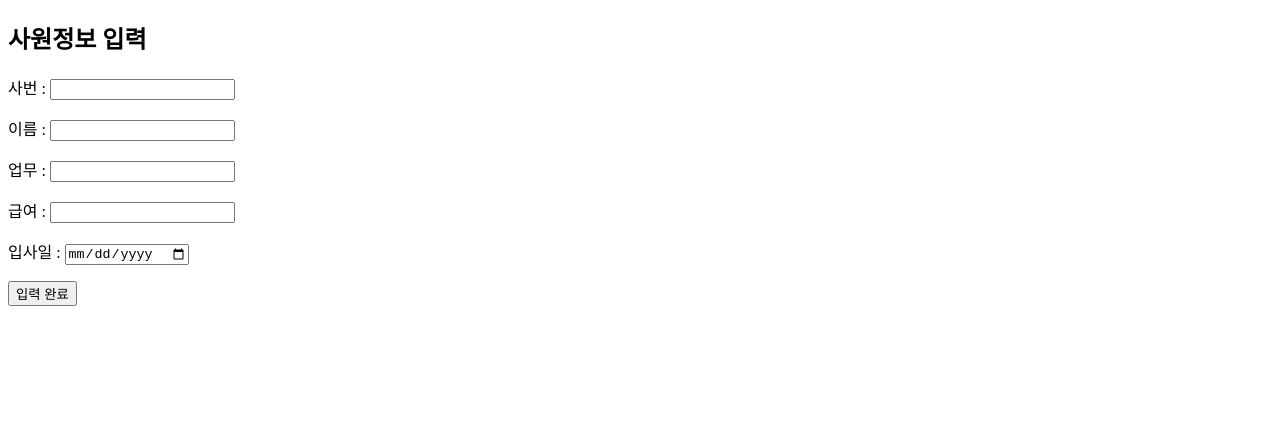
Repository: SongHyeSun/JSP
Page: jspSrc17/och08/src/main/webapp/emp.html
The author's editor kept a copy of each file at every save. The page is drawn from the files as they stood at one save, then again after the next save.
The browser window is 1280 px wide. The pictures show the whole page.

Above is the page before, as saved 2024-07-15 01:40:15.

### jspSrc17/och08/src/main/webapp/emp.html
<!DOCTYPE html>
<html>
<head>
<meta charset="UTF-8">
<title>Insert title here</title>
</head>
<body>
	<h2>사원정보 입력</h2>
	<!-- <form action="emp.jsp"> -->
	<form action="emp1.jsp">
		사번 : <input  type="number" 		name="empno1" 	 required="required"><p>
		이름 : <input  type="text" 		name="ename2" 	 required="required"><p>
		업무 : <input  type="text" 		name="job"		 required="required"><p>
		급여 : <input  type="number" 		name="sal"		 required="required"><p>
		입사일 : <input type="date"	 	name="hiredate"	 required="required"><p>
		<input type="submit" value="입력 완료">
	</form>
</body>
</html>

After the next save:
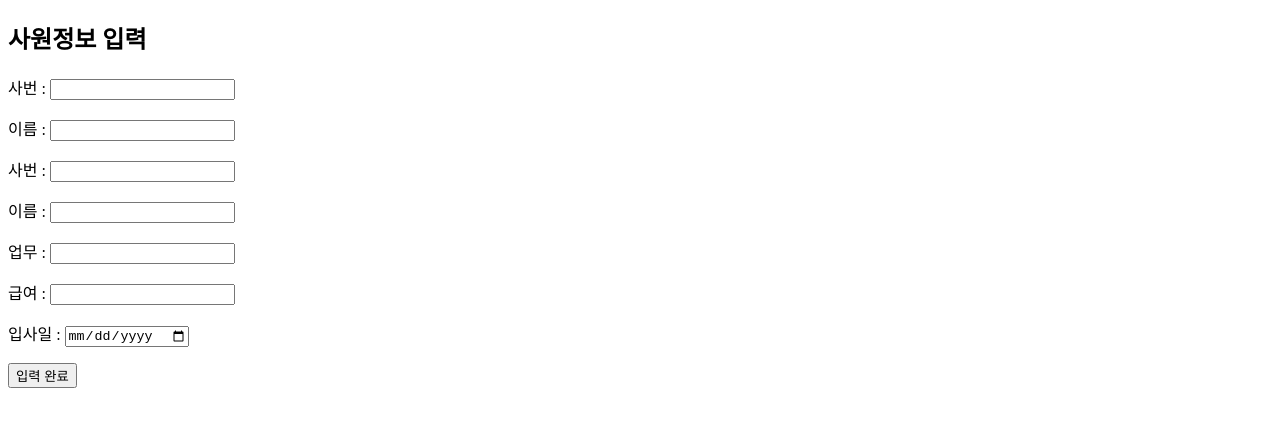
Saved 2 min 15 s later.
--- a/jspSrc17/och08/src/main/webapp/emp.html
+++ b/jspSrc17/och08/src/main/webapp/emp.html
@@ -8,6 +8,8 @@
 	<h2>사원정보 입력</h2>
 	<!-- <form action="emp.jsp"> -->
 	<form action="emp1.jsp">
+		사번 : <input  type="number" 		name="empno" 	 required="required"><p>
+		이름 : <input  type="text" 		name="ename" 	 required="required"><p>
 		사번 : <input  type="number" 		name="empno1" 	 required="required"><p>
 		이름 : <input  type="text" 		name="ename2" 	 required="required"><p>
 		업무 : <input  type="text" 		name="job"		 required="required"><p>
